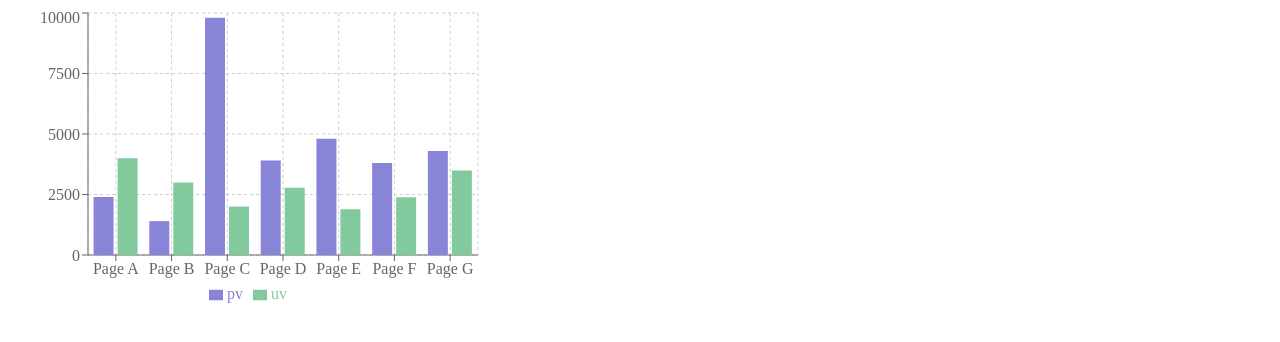
Repository: sagarjain738/test
Page: /
The author's editor kept a copy of each file at every save. The page is drawn from the files as they stood at one save, then again after the next save.
The browser window is 1280 px wide. The pictures show the whole page.
The project was rebuilt for these pictures with package versions that can differ from the ones it lists, and the page was loaded fresh each time. Also part of the build but not shown: vite.config.js, src/App.css, src/index.css.

Above is the page before, as saved 2024-01-20 18:40:07.

### src/App.jsx
import { useState } from "react";
import "./App.css";
import totalData, { getTodalData } from "../Data";
import SalesBarChart from "./components/FirstChart";

function App() {
  const [count, setCount] = useState(0);

  return (
    <>
      <SalesBarChart data={totalData} />
    </>
  );
}

export default App;

### Data.js
let data = {
  salesData: [
    {
      product: "Product A",
      sales: [
        { month: "January", amount: 100 },
        { month: "February", amount: 150 },
        { month: "March", amount: 200 },
      ],
    },
    {
      product: "Product B",
      sales: [
        { month: "January", amount: 120 },
        { month: "February", amount: 170 },
        { month: "March", amount: 220 },
      ],
    },
    {
      product: "Product C",
      sales: [
        { month: "January", amount: 90 },
        { month: "February", amount: 130 },
        { month: "March", amount: 180 },
      ],
    },
    {
      product: "Product E",
      sales: [
        { month: "January", amount: 130 },
        { month: "February", amount: 250 },
        { month: "March", amount: 100 },
      ],
    },
    {
      product: "Product F",
      sales: [
        { month: "January", amount: 60 },
        { month: "February", amount: 70 },
        { month: "March", amount: 120 },
      ],
    },
    {
      product: "Product G",
      sales: [
        { month: "January", amount: 40 },
        { month: "February", amount: 110 },
        { month: "March", amount: 60 },
      ],
    },
  ],
};

export function getTodalData(records) {
  const result = records.salesData.map((item) => {
    return {
      name: item.product,
      data: item.sales.reduce(
        (acc, itm) => ({ ...acc, [`${itm.month}`]: itm.amount }),
        {}
      ),
    };
  });

  console.log(result);
}

export default data;

### src/components/FirstChart.jsx
import React from "react";
import {
  BarChart,
  Bar,
  Rectangle,
  XAxis,
  YAxis,
  CartesianGrid,
  Tooltip,
  Legend,
  ResponsiveContainer,
} from "recharts";

const data = [
  {
    name: "Page A",
    uv: 4000,
    pv: 2400,
    amt: 2400,
  },
  {
    name: "Page B",
    uv: 3000,
    pv: 1398,
    amt: 2210,
  },
  {
    name: "Page C",
    uv: 2000,
    pv: 9800,
    amt: 2290,
  },
  {
    name: "Page D",
    uv: 2780,
    pv: 3908,
    amt: 2000,
  },
  {
    name: "Page E",
    uv: 1890,
    pv: 4800,
    amt: 2181,
  },
  {
    name: "Page F",
    uv: 2390,
    pv: 3800,
    amt: 2500,
  },
  {
    name: "Page G",
    uv: 3490,
    pv: 4300,
    amt: 2100,
  },
];

const FirstChart = () => {
  return (
    <BarChart
      width={500}
      height={300}
      data={data}
      margin={{
        top: 5,
        right: 30,
        left: 20,
        bottom: 5,
      }}
    >
      <CartesianGrid strokeDasharray="3 3" />
      <XAxis dataKey="name" />
      <YAxis />
      <Tooltip />
      <Legend />
      <Bar
        dataKey="pv"
        fill="#8884d8"
        activeBar={<Rectangle fill="pink" stroke="blue" />}
      />
      <Bar
        dataKey="uv"
        fill="#82ca9d"
        activeBar={<Rectangle fill="gold" stroke="purple" />}
      />
    </BarChart>
  );
};

export default FirstChart;

Loaded but not shown: index.html (common file); src/main.jsx (common file)

After the next save:
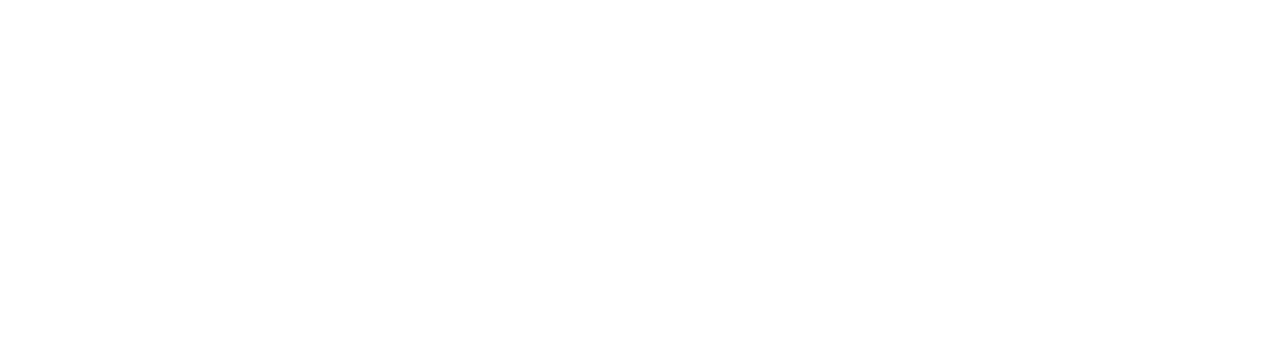
Console error: ReferenceError: SalesBarChart is not defined
Saved 50 s later.
--- a/src/App.jsx
+++ b/src/App.jsx
@@ -1,14 +1,15 @@
 import { useState } from "react";
 import "./App.css";
+import FirstChart from "./components/FirstChart";
 import totalData, { getTodalData } from "../Data";
-import SalesBarChart from "./components/FirstChart";
 
 function App() {
+  getTodalData(totalData);
   const [count, setCount] = useState(0);
 
   return (
     <>
-      <SalesBarChart data={totalData} />
+      <SalesBarChart />
     </>
   );
 }

After the save that followed:
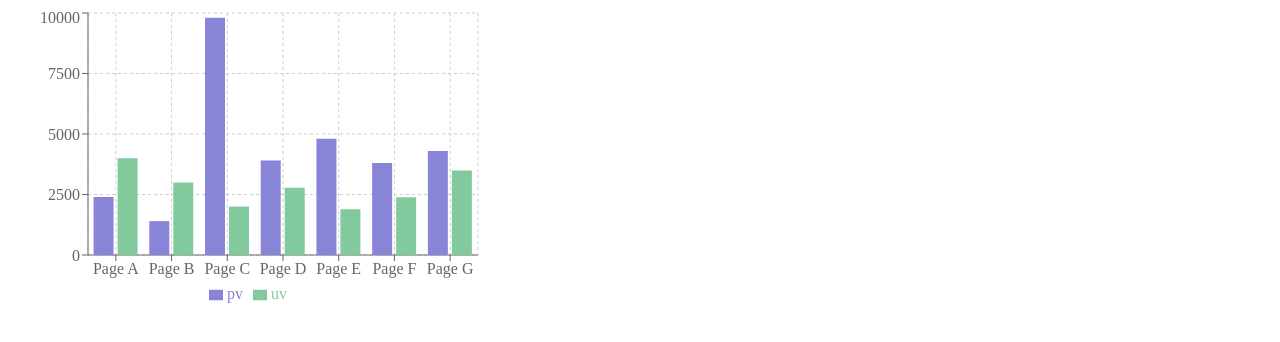
The error is gone.
Saved 43 s later.
--- a/src/App.jsx
+++ b/src/App.jsx
@@ -9,7 +9,7 @@
 
   return (
     <>
-      <SalesBarChart />
+      <FirstChart />
     </>
   );
 }
